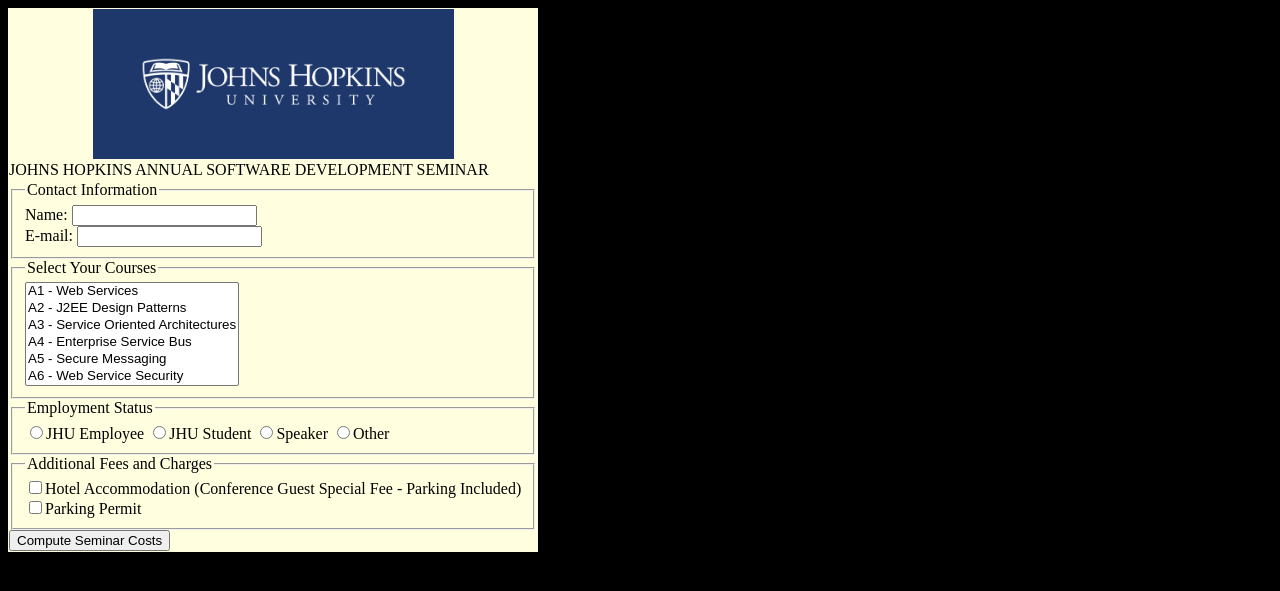
Repository: justinjwk/eclipse-workspace
Page: Homework2/WebContent/index.html
The author's editor kept a copy of each file at every save. The page is drawn from the files as they stood at one save, then again after the next save.
The browser window is 1280 px wide. The pictures show the whole page.

Above is the page before, as saved 2019-06-12 03:01:48.

After the next save:
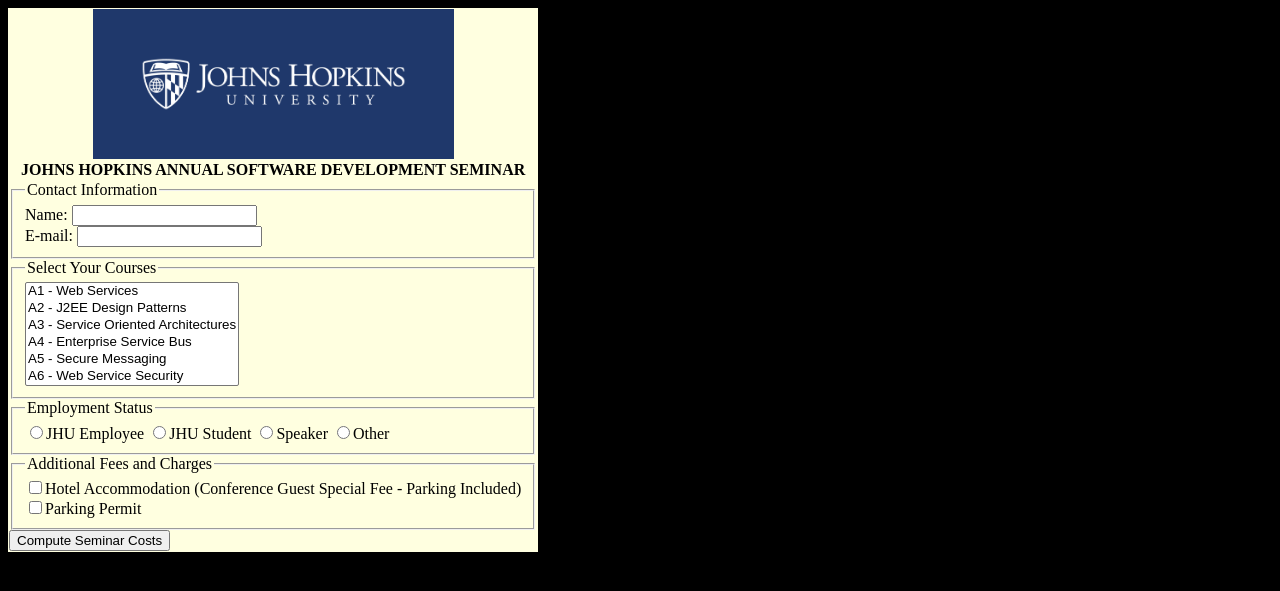
Saved 23 s later.
--- a/Homework2/WebContent/index.html
+++ b/Homework2/WebContent/index.html
@@ -12,7 +12,7 @@
 			<th><img src="jhu_logo.png" height=150 align="center"></th>
 		</tr>
 		<tr>
-			<td>JOHNS HOPKINS ANNUAL SOFTWARE DEVELOPMENT SEMINAR</td>
+			<th>JOHNS HOPKINS ANNUAL SOFTWARE DEVELOPMENT SEMINAR</th>
 		</tr>
 		<tr>
 			<td>
